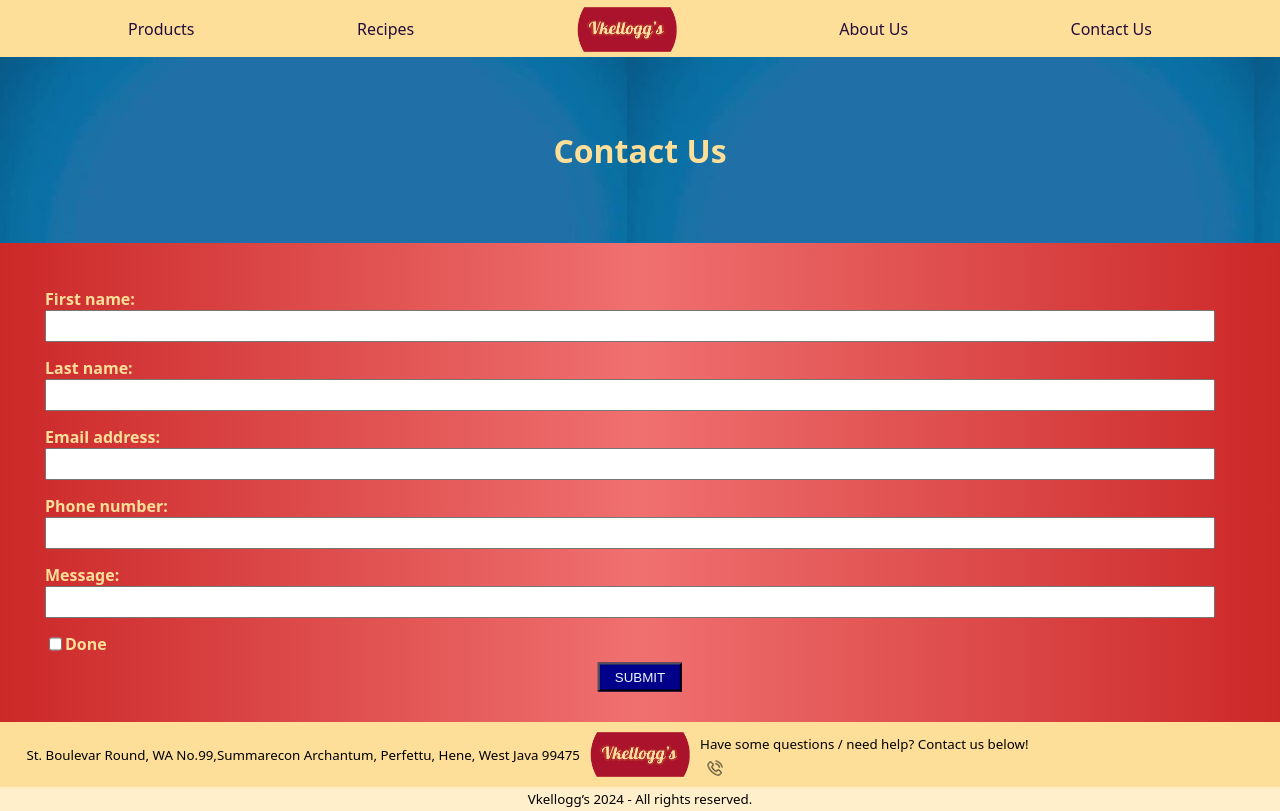
Repository: sugralld/VKelloggs
Page: Code and Assets/html/contactus.html
An editor plug-in stored every save of this project. The page is shown before and after the next save, followed by the edit.
The browser window is 1280 px wide. The pictures show the whole page.

Above is the page before, as saved 2024-12-04 06:49:43.

After the next save:
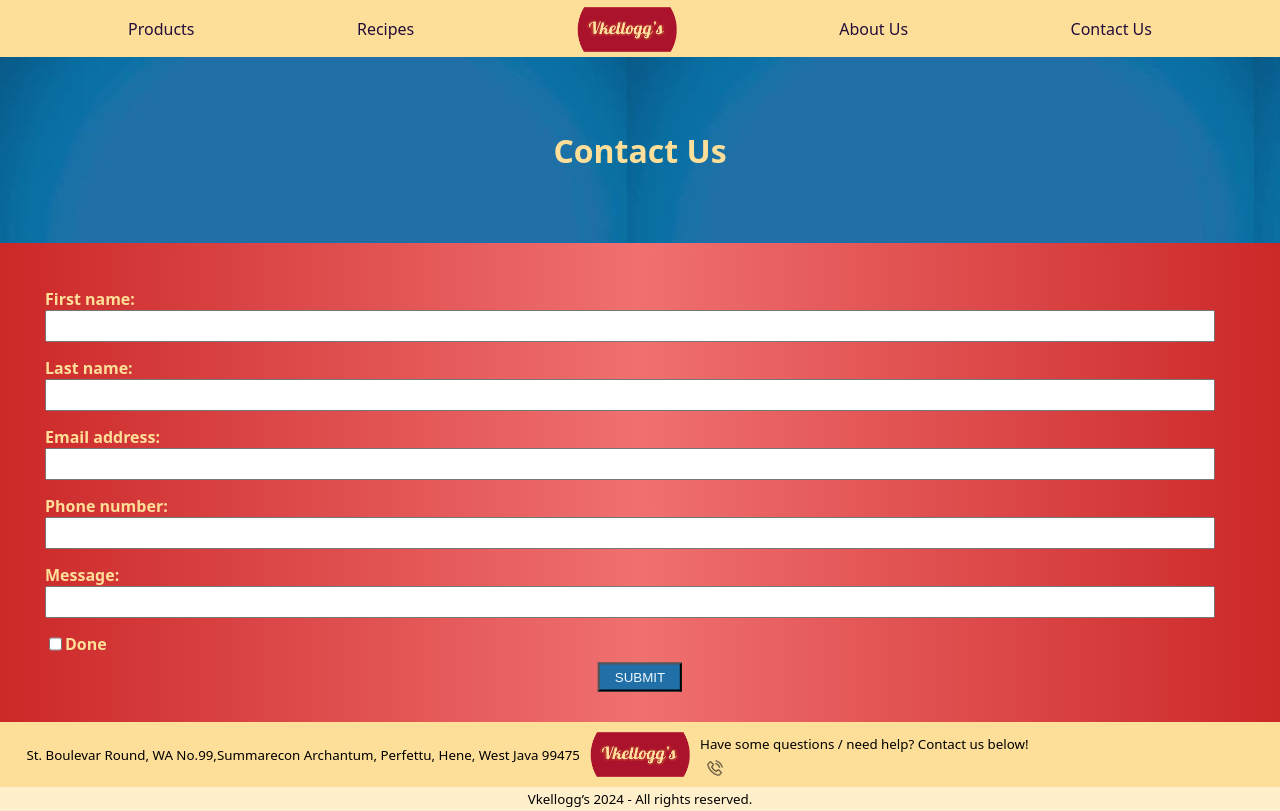
Saved 117 s later.
--- a/Code and Assets/css/contactus.css
+++ b/Code and Assets/css/contactus.css
@@ -42,7 +42,7 @@
 .button-container button{
    display: inline-block;
    padding: 5px 15px;
-   background-color: darkblue;
+   background-color: #206fa7;
    font-family: Arial, sans-serif;
    color: aliceblue;
 }
